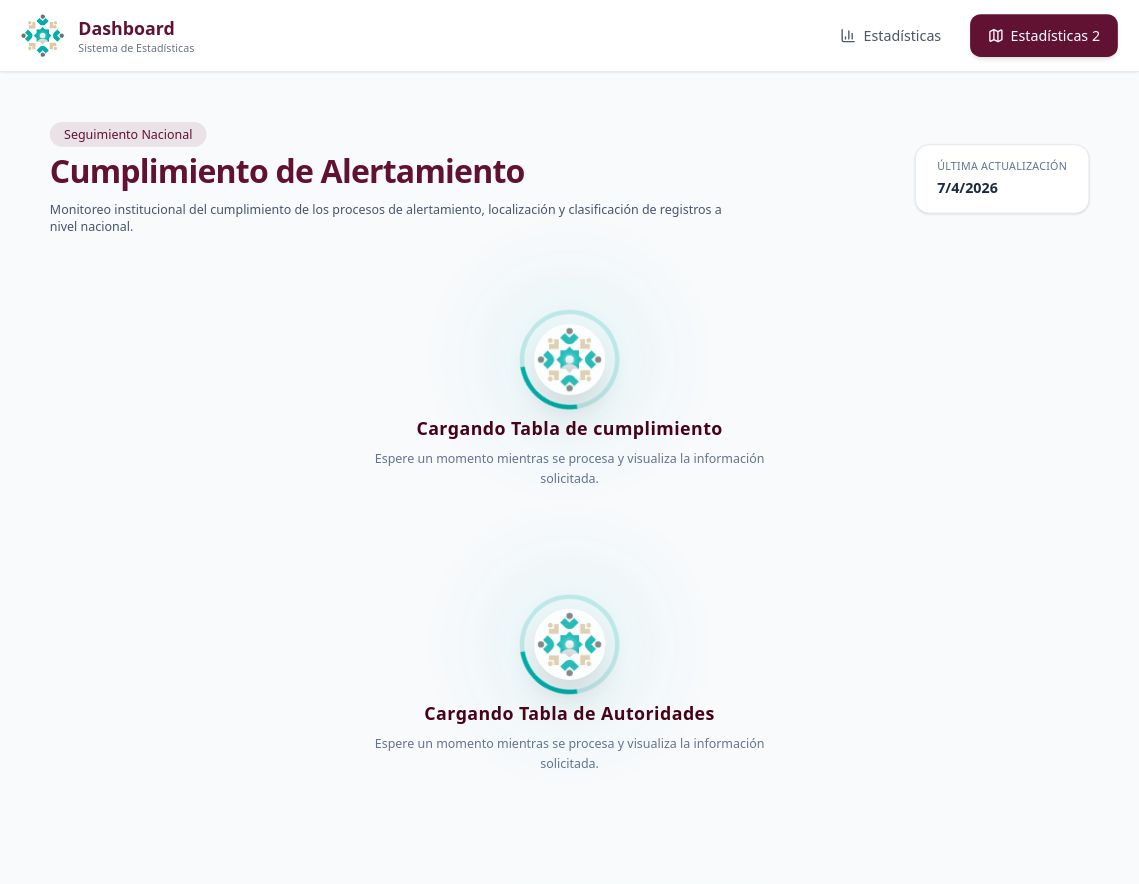
Repository: jesus890/semaforo-cinepolis
Page: /estadisticas-2
These files come from the project's save history. The page is drawn as it stood at one moment and after the next save; the edit follows.
The browser window is 1280 px wide. The pictures show the whole page, at 89% of full size.
The page's requests for data from a server got no answer. The project was rebuilt for these pictures with package versions that can differ from the ones it lists, and the page was loaded fresh each time. No one was signed in, and anything a server would have sent is missing. Also part of the build but not shown: vite.config.ts, src/components/Dashboard/Skeleton/SkeletonChart.tsx, src/components/Dashboard/matriz/AlertaMatriz.tsx, src/constants/colors.ts, src/components/Dashboard/charts/EdadChart.tsx, src/components/Dashboard/charts/EnfoqueChart.tsx, src/components/Dashboard/charts/SexoChart.tsx, src/pages/EstadisticaPage.tsx and 2 more.

Above is the page before, as saved 2026-06-05 16:16:46.

After the next save:
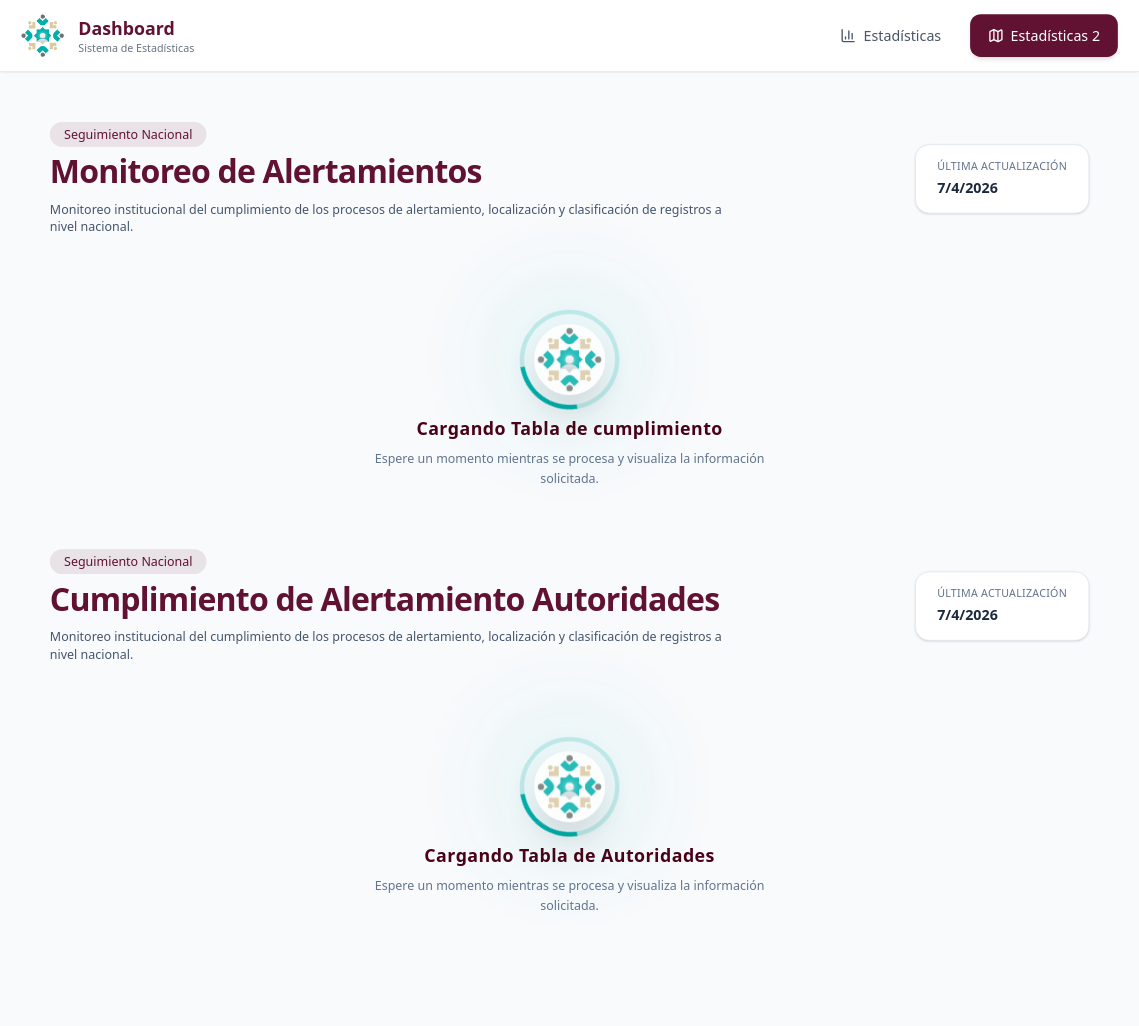
Saved 3 min 37 s later.
--- a/src/pages/EstadisticasDosPage.tsx
+++ b/src/pages/EstadisticasDosPage.tsx
@@ -59,71 +59,117 @@ export default function EstadisticasDosPage() {
     };
 
     return (
+        <>
+            <div className="p-8">
 
-        <div className="p-8">
+                <div className="mb-8">
+                    <div className="flex items-center justify-between">
 
-            <div className="mb-8">
+                        <div>
 
-                <div className="flex items-center justify-between">
+                            <div className="mb-2 inline-flex items-center rounded-full bg-[#611232]/10 px-4 py-1 text-sm font-medium text-[#611232]">
+                                Seguimiento Nacional
+                            </div>
 
-                    <div>
+                            <h1 className="text-4xl font-bold tracking-tight text-[#611232]">
+                                Monitoreo de Alertamientos
+                            </h1>
 
-                        <div className="mb-2 inline-flex items-center rounded-full bg-[#611232]/10 px-4 py-1 text-sm font-medium text-[#611232]">
-                            Seguimiento Nacional
+                            <p className="mt-3 max-w-3xl text-sm text-slate-600">
+                                Monitoreo institucional del cumplimiento de los procesos
+                                de alertamiento, localización y clasificación de registros
+                                a nivel nacional.
+                            </p>
+
                         </div>
 
-                        <h1 className="text-4xl font-bold tracking-tight text-[#611232]">
-                            Cumplimiento de Alertamiento
-                        </h1>
+                        <div className="rounded-2xl border border-slate-200 bg-white px-6 py-4 shadow-sm">
 
-                        <p className="mt-3 max-w-3xl text-sm text-slate-600">
-                            Monitoreo institucional del cumplimiento de los procesos
-                            de alertamiento, localización y clasificación de registros
-                            a nivel nacional.
-                        </p>
+                            <div className="text-xs uppercase tracking-wide text-slate-500">
+                                Última actualización
+                            </div>
 
-                    </div>
+                            <div className="mt-1 font-semibold text-slate-800">
+                                {new Date().toLocaleDateString("es-MX")}
+                            </div>
 
-                    <div className="rounded-2xl border border-slate-200 bg-white px-6 py-4 shadow-sm">
-
-                        <div className="text-xs uppercase tracking-wide text-slate-500">
-                            Última actualización
-                        </div>
-
-                        <div className="mt-1 font-semibold text-slate-800">
-                            {new Date().toLocaleDateString("es-MX")}
                         </div>
 
                     </div>
 
                 </div>
 
-            </div>
-
-            {
-                loadingTableCumplimiento ? (
-                    <LoaderStyled text="Cargando Tabla de cumplimiento" />
-                ) : (
-                    <>
-                        <CumplimientoTable rows={dataCumplimiento} /* onEstadoClick={handleEstadoClick} */ />
-                    </>
-
-                )
-            }
+                <div>
 
 
-            {
-                loadingTableAutoridades ? (
-                    <LoaderStyled text="Cargando Tabla de Autoridades" />
-                ) : (
-                    <>
-                        <AutoridadesTable rows={dataAutoridades} /* onEstadoClick={handleEstadoClick} */ />
-                    </>
+                    {
+                        loadingTableCumplimiento ? (
+                            <LoaderStyled text="Cargando Tabla de cumplimiento" />
+                        ) : (
+                            <>
+                                <CumplimientoTable rows={dataCumplimiento} /* onEstadoClick={handleEstadoClick} */ />
+                            </>
 
-                )
-            }
+                        )
+                    }
+
+                </div>
+
+                <div>
+                    <div className="mb-8">
+
+                        <div className="flex items-center justify-between">
+
+                            <div>
+
+                                <div className="mb-2 inline-flex items-center rounded-full bg-[#611232]/10 px-4 py-1 text-sm font-medium text-[#611232]">
+                                    Seguimiento Nacional
+                                </div>
+
+                                <h1 className="text-4xl font-bold tracking-tight text-[#611232]">
+                                    Cumplimiento de Alertamiento Autoridades
+                                </h1>
+
+                                <p className="mt-3 max-w-3xl text-sm text-slate-600">
+                                    Monitoreo institucional del cumplimiento de los procesos
+                                    de alertamiento, localización y clasificación de registros
+                                    a nivel nacional.
+                                </p>
+
+                            </div>
+
+                            <div className="rounded-2xl border border-slate-200 bg-white px-6 py-4 shadow-sm">
+
+                                <div className="text-xs uppercase tracking-wide text-slate-500">
+                                    Última actualización
+                                </div>
+
+                                <div className="mt-1 font-semibold text-slate-800">
+                                    {new Date().toLocaleDateString("es-MX")}
+                                </div>
+
+                            </div>
+
+                        </div>
+
+                    </div>
+
+                    {
+                        loadingTableAutoridades ? (
+                            <LoaderStyled text="Cargando Tabla de Autoridades" />
+                        ) : (
+                            <>
+                                <AutoridadesTable rows={dataAutoridades} /* onEstadoClick={handleEstadoClick} */ />
+                            </>
+
+                        )
+                    }
+                </div>
 
 
-        </div>
+
+
+            </div>
+        </>
     );
 }
